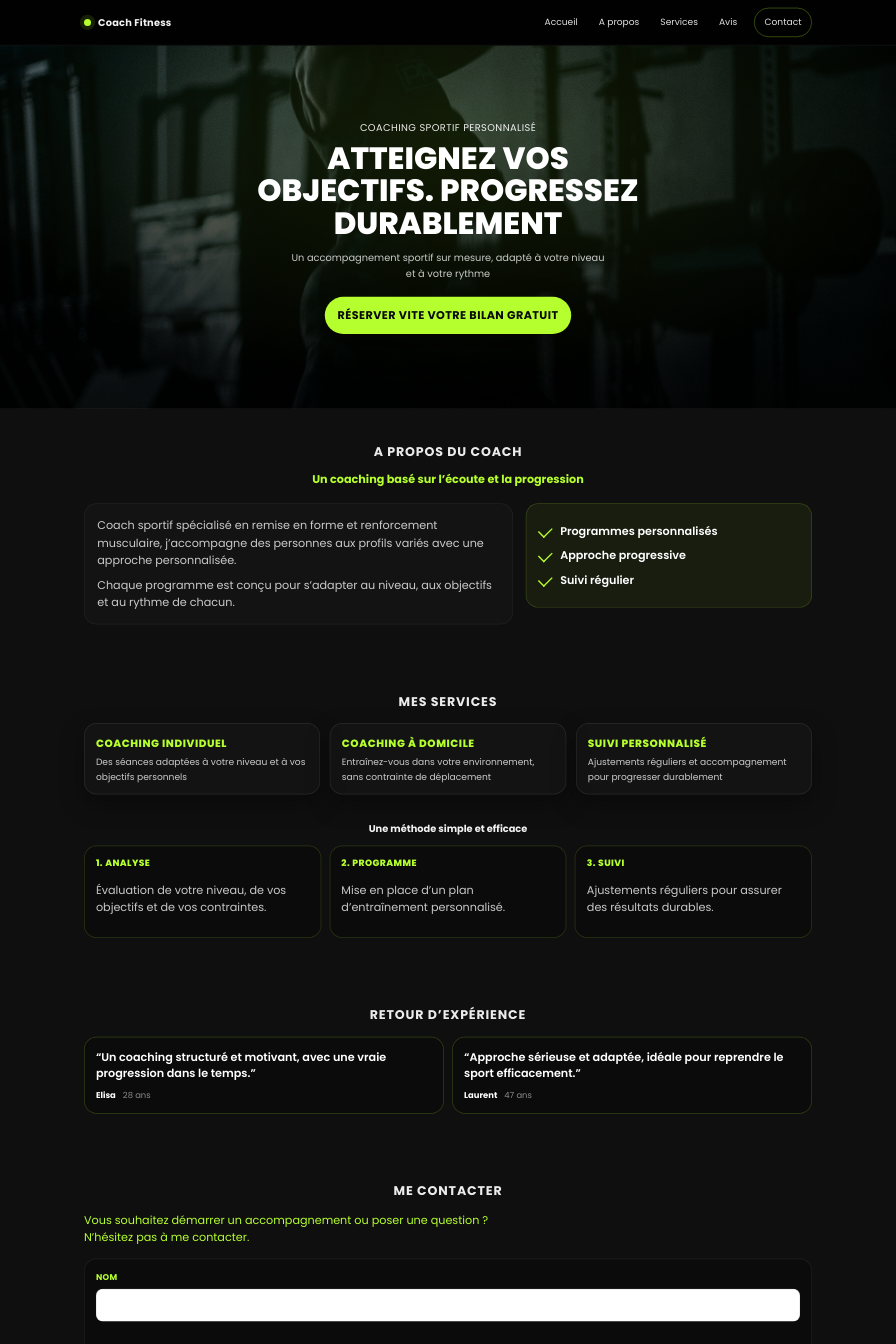
Repository: ThomasHdrd/CoachFitness
Page: index.html
These files come from the project's save history. The page is drawn as it stood at one moment and after the next save; the edit follows.
The browser window is 1280 px wide. The pictures show the part of the page from y = 0 to 1920 px (the page is 2987 px tall), at 70% of full size.

Above is the page before, as saved 2026-01-20 21:50:36.

### index.html
<!doctype html>
<html lang="fr">
<head>
  <meta charset="utf-8" />
  <meta name="viewport" content="width=device-width, initial-scale=1" />
  <title>Coach Fitness — Landing Page</title>

  <!-- Poppins -->
  <link rel="preconnect" href="https://fonts.googleapis.com">
  <link rel="preconnect" href="https://fonts.gstatic.com" crossorigin>
  <link href="https://fonts.googleapis.com/css2?family=Poppins:wght@300;400;500;600;700;800&display=swap" rel="stylesheet">

  <link rel="stylesheet" href="styles.css" />
</head>
<body>
  <!-- Header -->
  <header class="site-header" id="top">
    <div class="container header-inner">
      <a class="brand" href="#top" aria-label="Retour en haut">
        <span class="brand-dot" aria-hidden="true"></span>
        <span class="brand-text">Coach Fitness</span>
      </a>

      <button class="nav-toggle" aria-controls="site-nav" aria-expanded="false">
        <span class="sr-only">Ouvrir le menu</span>
        <span class="burger" aria-hidden="true"></span>
      </button>

      <nav class="site-nav" id="site-nav" aria-label="Navigation principale">
        <a class="nav-link" href="#accueil">Accueil</a>
        <a class="nav-link" href="#apropos">A propos</a>
        <a class="nav-link" href="#services">Services</a>
        <a class="nav-link" href="#avis">Avis</a>
        <a class="nav-link nav-cta" href="#contact">Contact</a>
      </nav>
    </div>
  </header>

  <main>
    <!-- HERO -->
    <section class="hero" id="accueil">
      <div class="hero-overlay" aria-hidden="true"></div>
      <div class="container hero-content">
        <p class="hero-kicker">Coaching sportif personnalisé</p>
        <h1 class="hero-title">
          Atteignez vos objectifs. Progressez durablement
        </h1>
        <p class="hero-subtitle">
          Un accompagnement sportif sur mesure, adapté à votre niveau et à votre rythme
        </p>
        <a class="btn btn-primary" href="#contact">RÉSERVER VITE VOTRE BILAN GRATUIT</a>
      </div>
    </section>

    <!-- A PROPOS -->
    <section class="section" id="apropos">
      <div class="container">
        <h2 class="section-title">A PROPOS DU COACH</h2>
        <h3 class="section-lead accent">Un coaching basé sur l’écoute et la progression</h3>

        <div class="about-grid">
          <div class="about-text">
            <p class="muted">
              Coach sportif spécialisé en remise en forme et renforcement musculaire, j’accompagne des personnes aux profils variés
              avec une approche personnalisée.
            </p>
            <p class="muted">
              Chaque programme est conçu pour s’adapter au niveau, aux objectifs et au rythme de chacun.
            </p>
          </div>

          <ul class="checks">
            <li>Programmes personnalisés</li>
            <li>Approche progressive</li>
            <li>Suivi régulier</li>
          </ul>
        </div>
      </div>
    </section>

    <!-- SERVICES -->
    <section class="section" id="services">
      <div class="container">
        <h2 class="section-title">MES SERVICES</h2>

        <div class="cards">
          <article class="card">
            <h3 class="card-title accent">COACHING INDIVIDUEL</h3>
            <p class="card-text">Des séances adaptées à votre niveau et à vos objectifs personnels</p>
          </article>

          <article class="card">
            <h3 class="card-title accent">COACHING À DOMICILE</h3>
            <p class="card-text">Entraînez-vous dans votre environnement, sans contrainte de déplacement</p>
          </article>

          <article class="card">
            <h3 class="card-title accent">SUIVI PERSONNALISÉ</h3>
            <p class="card-text">Ajustements réguliers et accompagnement pour progresser durablement</p>
          </article>
        </div>

        <div class="method">
          <h3 class="method-title">Une méthode simple et efficace</h3>

          <div class="method-steps">
            <div class="step">
              <div class="step-num accent">1. ANALYSE</div>
              <p class="muted">Évaluation de votre niveau, de vos objectifs et de vos contraintes.</p>
            </div>
            <div class="step">
              <div class="step-num accent">2. PROGRAMME</div>
              <p class="muted">Mise en place d’un plan d’entraînement personnalisé.</p>
            </div>
            <div class="step">
              <div class="step-num accent">3. SUIVI</div>
              <p class="muted">Ajustements réguliers pour assurer des résultats durables.</p>
            </div>
          </div>
        </div>
      </div>
    </section>

    <!-- AVIS -->
    <section class="section" id="avis">
      <div class="container">
        <h2 class="section-title">RETOUR D’EXPÉRIENCE</h2>

        <div class="testimonials">
          <figure class="testimonial">
            <blockquote>
              “Un coaching structuré et motivant, avec une vraie progression dans le temps.”
            </blockquote>
            <figcaption>
              <span class="name">Elisa</span>
              <span class="meta">28 ans</span>
            </figcaption>
          </figure>

          <figure class="testimonial">
            <blockquote>
              “Approche sérieuse et adaptée, idéale pour reprendre le sport efficacement.”
            </blockquote>
            <figcaption>
              <span class="name">Laurent</span>
              <span class="meta">47 ans</span>
            </figcaption>
          </figure>
        </div>
      </div>
    </section>

    <!-- CONTACT -->
    <section class="section" id="contact">
      <div class="container">
        <h2 class="section-title">ME CONTACTER</h2>
        <p class="contact-lead accent">
          Vous souhaitez démarrer un accompagnement ou poser une question ?<br />
          N’hésitez pas à me contacter.
        </p>

        <form class="form" id="contactForm" novalidate>
          <div class="field">
            <label for="nom">Nom</label>
            <input id="nom" name="nom" type="text" autocomplete="family-name" required />
            <small class="error" data-error-for="nom"></small>
          </div>

          <div class="field">
            <label for="prenom">Prénom</label>
            <input id="prenom" name="prenom" type="text" autocomplete="given-name" required />
            <small class="error" data-error-for="prenom"></small>
          </div>

          <div class="field">
            <label for="email">Email</label>
            <input id="email" name="email" type="email" autocomplete="email" required />
            <small class="error" data-error-for="email"></small>
          </div>

          <div class="field">
            <label for="message">Message</label>
            <textarea id="message" name="message" rows="5" required></textarea>
            <small class="error" data-error-for="message"></small>
          </div>

          <button class="btn btn-primary btn-wide" type="submit">ENVOYER</button>
          <p class="form-note muted" id="formStatus" role="status" aria-live="polite"></p>
        </form>
      </div>
    </section>

    <!-- FAQ -->
    <section class="section" id="faq">
      <div class="container">
        <h2 class="section-title">QUESTIONS FRÉQUENTES</h2>

        <div class="faq">
          <details class="faq-item" open>
            <summary>À qui s’adresse le coaching ?</summary>
            <div class="faq-body muted">
              Le coaching s’adresse à toute personne souhaitant reprendre le sport, améliorer sa condition physique ou atteindre un objectif précis
              (remise en forme, renforcement musculaire, perte de poids, bien-être). Les programmes sont adaptés au niveau, au rythme et aux contraintes de chacun.
            </div>
          </details>

          <details class="faq-item">
            <summary>Faut-il déjà être sportif pour commencer ?</summary>
            <div class="faq-body muted">
              Non. Le coaching s’adapte à votre niveau actuel. La progression est construite étape par étape, avec une intensité ajustée.
            </div>
          </details>

          <details class="faq-item">
            <summary>Comment se déroule le suivi ?</summary>
            <div class="faq-body muted">
              Après une analyse de votre situation, un programme personnalisé est mis en place puis ajusté régulièrement selon vos retours et votre progression.
            </div>
          </details>

          <details class="faq-item">
            <summary>Le coaching se fait-il à domicile ou en salle ?</summary>
            <div class="faq-body muted">
              Les deux sont possibles. Le format dépend de vos préférences, de votre matériel et de vos contraintes de planning.
            </div>
          </details>

          <details class="faq-item">
            <summary>Le premier échange est-il gratuit ?</summary>
            <div class="faq-body muted">
              Oui. Le premier échange permet de comprendre votre besoin et de déterminer l’accompagnement le plus adapté, sans engagement.
            </div>
          </details>
        </div>
      </div>
    </section>
  </main>

  <!-- Footer -->
  <footer class="site-footer">
    <div class="container footer-inner">
      <p class="footer-tag muted">Coaching personnalisé • Progression durable • Bien-être</p>
      <p class="footer-copy muted">© 2026 Coach Sportif Indépendant • Tous droits réservés.</p>
    </div>
  </footer>

  <script src="app.js" defer></script>
</body>
</html>

### styles.css
:root{
  --bg: #0F0F0F;            /* demandé */
  --bar: rgba(0,0,0,.90);   /* header/footer */
  --accent: #B6FF2E;        /* demandé */
  --text: #FFFFFF;
  --muted: rgba(255,255,255,.78);
  --muted2: rgba(255,255,255,.62);
  --line: rgba(182,255,46,.38);
  --card: rgba(255,255,255,.04);
  --shadow: 0 16px 40px rgba(0,0,0,.45);
  --radius: 14px;
  --radius-lg: 18px;
  --max: 1040px;
}

*{ box-sizing: border-box; }
html{ scroll-behavior: smooth; }
body{
  margin:0;
  font-family: "Poppins", system-ui, -apple-system, Segoe UI, Roboto, Arial, sans-serif;
  background: var(--bg);
  color: var(--text);
}

.container{
  width:min(100% - 40px, var(--max));
  margin-inline:auto;
}

.sr-only{
  position:absolute;
  width:1px;height:1px;
  padding:0;margin:-1px;
  overflow:hidden;clip:rect(0,0,0,0);
  white-space:nowrap;border:0;
}

/* Header */
.site-header{
  position: sticky;
  top: 0;
  z-index: 50;
  background: var(--bar);
  backdrop-filter: blur(8px);
  border-bottom: 1px solid rgba(255,255,255,.06);
}

.header-inner{
  height: 64px;
  display:flex;
  align-items:center;
  justify-content:space-between;
  gap: 14px;
}

.brand{
  display:flex;
  align-items:center;
  gap:10px;
  text-decoration:none;
  color: var(--text);
  font-weight: 700;
  letter-spacing:.3px;
}
.brand-dot{
  width:10px;height:10px;
  border-radius:999px;
  background: var(--accent);
  box-shadow: 0 0 0 6px rgba(182,255,46,.12);
}
.brand-text{ font-size: 14px; opacity:.95; }

.site-nav{
  display:flex;
  align-items:center;
  gap: 18px;
}
.nav-link{
  color: var(--text);
  text-decoration:none;
  font-size: 13px;
  opacity: .88;
  transition: opacity .2s ease, color .2s ease;
  padding: 10px 6px;
}
.nav-link:hover{ opacity:1; color: var(--accent); }

.nav-cta{
  border: 1px solid rgba(182,255,46,.45);
  border-radius: 999px;
  padding: 10px 14px;
}
.nav-cta:hover{
  background: rgba(182,255,46,.10);
}

/* Mobile nav */
.nav-toggle{
  display:none;
  border:0;
  background: transparent;
  color: var(--text);
  padding: 10px;
  border-radius: 10px;
}
.nav-toggle:hover{ background: rgba(255,255,255,.06); }
.burger{
  width: 22px; height: 2px;
  display:block;
  background: var(--text);
  position: relative;
}
.burger::before,.burger::after{
  content:"";
  position:absolute;
  left:0;
  width:22px;height:2px;
  background: var(--text);
}
.burger::before{ top:-7px; }
.burger::after{ top:7px; }

/* Hero */
.hero{
  position: relative;
  min-height: 72vh;
  display:flex;
  align-items:center;
  padding: 52px 0;
  background:
    linear-gradient(180deg, rgba(0,0,0,.55), rgba(0,0,0,.88)),
    url("assets/hero.jpg") center/cover no-repeat;
}
.hero-overlay{
  position:absolute;
  inset:0;
  background: radial-gradient(1200px 600px at 50% 25%, rgba(182,255,46,.10), transparent 60%);
  pointer-events:none;
}
.hero-content{
  position:relative;
  text-align:center;
}
.hero-kicker{
  margin:0 0 10px;
  font-size: 14px;
  letter-spacing: .6px;
  text-transform: uppercase;
  opacity: .92;
}
.hero-title{
  margin: 0 auto;
  max-width: 20ch;
  font-size: clamp(28px, 4vw, 44px);
  line-height: 1.06;
  font-weight: 800;
  text-transform: uppercase;
}
.hero-title .accent{
  display:block;
  color: var(--accent);
  font-weight: 800;
  text-transform:none;
  margin-top: 8px;
}
.hero-subtitle{
  margin: 16px auto 22px;
  max-width: 52ch;
  color: var(--muted);
  font-size: 14px;
  line-height: 1.55;
}

/* Buttons */
.btn{
  display:inline-flex;
  align-items:center;
  justify-content:center;
  gap:10px;
  text-decoration:none;
  border: 0;
  cursor:pointer;
  font-weight: 700;
  letter-spacing: .6px;
  text-transform: uppercase;
  border-radius: 999px;
  padding: 14px 18px;
  box-shadow: var(--shadow);
}
.btn-primary{
  background: var(--accent);
  color: #0A0A0A;
}
.btn-primary:hover{ filter: brightness(.95); }
.btn-wide{ width: 100%; margin-top: 10px; }

/* Sections */
.section{
  padding: 48px 0;
}
.section-title{
  text-align:center;
  margin: 0 0 14px;
  font-size: 18px;
  letter-spacing: 1.2px;
  text-transform: uppercase;
  opacity: .92;
}
.section-lead{
  text-align:center;
  margin: 0 0 22px;
  font-size: 16px;
  font-weight: 700;
}
.accent{ color: var(--accent); }
.muted{ color: var(--muted); }
.muted2{ color: var(--muted2); }

/* About */
.about-grid{
  display:grid;
  gap: 18px;
  align-items:start;
}
.about-text{
  background: rgba(255,255,255,.02);
  border: 1px solid rgba(255,255,255,.06);
  border-radius: var(--radius-lg);
  padding: 18px;
}
.about-text p{ margin: 0 0 10px; }
.about-text p:last-child{ margin-bottom: 0; }

.checks{
  list-style:none;
  margin:0;
  padding: 16px 18px;
  border-radius: var(--radius-lg);
  border: 1px solid rgba(182,255,46,.20);
  background: rgba(182,255,46,.06);
}
.checks li{
  position: relative;
  padding-left: 30px;
  margin: 10px 0;
  font-weight: 600;
}
.checks li::before{
  content:"";
  position:absolute;
  left:0; top: 6px;
  width: 16px; height: 10px;
  border-left: 2px solid var(--accent);
  border-bottom: 2px solid var(--accent);
  transform: rotate(-45deg);
}

/* Cards */
.cards{
  display:grid;
  gap: 14px;
  margin-top: 18px;
}
.card{
  background: rgba(255,255,255,.02);
  border: 1px solid rgba(255,255,255,.10);
  border-radius: var(--radius-lg);
  padding: 16px 16px 14px;
  box-shadow: 0 14px 34px rgba(0,0,0,.35);
}
.card-title{
  margin:0 0 6px;
  font-size: 15px;
  font-weight: 800;
  text-transform: uppercase;
  letter-spacing: .8px;
}
.card-text{
  margin:0;
  color: var(--muted);
  font-size: 13px;
  line-height: 1.55;
}

/* Method */
.method{
  margin-top: 26px;
  padding-top: 12px;
}
.method-title{
  text-align:center;
  margin: 0 0 14px;
  font-size: 14px;
  font-weight: 700;
  opacity: .95;
}
.method-steps{
  display:grid;
  gap: 12px;
}
.step{
  border: 1px solid rgba(182,255,46,.18);
  background: rgba(0,0,0,.25);
  border-radius: var(--radius-lg);
  padding: 14px 16px;
}
.step-num{
  font-weight: 800;
  letter-spacing: .6px;
  text-transform: uppercase;
  font-size: 13px;
  margin-bottom: 6px;
}

/* Testimonials */
.testimonials{
  display:grid;
  gap: 12px;
  margin-top: 18px;
}
.testimonial{
  margin:0;
  border: 1px solid rgba(182,255,46,.22);
  background: rgba(0,0,0,.25);
  border-radius: var(--radius-lg);
  padding: 16px;
}
.testimonial blockquote{
  margin:0 0 10px;
  color: var(--text);
  font-weight: 600;
  line-height: 1.5;
}
.testimonial figcaption{
  display:flex;
  gap: 10px;
  align-items:baseline;
  color: var(--muted2);
  font-size: 12px;
}
.testimonial .name{ color: var(--text); font-weight: 700; }
.testimonial .meta{ opacity:.85; }

/* Form */
.form{
  margin-top: 18px;
  border-radius: var(--radius-lg);
  border: 1px solid rgba(255,255,255,.08);
  background: rgba(0,0,0,.25);
  padding: 16px;
}
.field{ margin-bottom: 12px; }
label{
  display:block;
  font-size: 12px;
  font-weight: 700;
  letter-spacing: .4px;
  margin-bottom: 8px;
  color: var(--accent);
  text-transform: uppercase;
}
input, textarea{
  width:100%;
  font-family: inherit;
  font-size: 14px;
  color: #0A0A0A;
  background: #FFFFFF;
  border: 1px solid rgba(0,0,0,.12);
  border-radius: 10px;
  padding: 12px 12px;
  outline: none;
}
textarea{ resize: vertical; min-height: 110px; }
input:focus, textarea:focus{
  box-shadow: 0 0 0 4px rgba(182,255,46,.20);
  border-color: rgba(182,255,46,.55);
}
.error{
  display:block;
  min-height: 16px;
  margin-top: 6px;
  font-size: 12px;
  color: #FF6B6B;
}
.form-note{
  margin: 10px 0 0;
  font-size: 12px;
}

/* FAQ */
.faq{
  margin-top: 18px;
  border-radius: var(--radius-lg);
  overflow:hidden;
  border: 1px solid rgba(182,255,46,.16);
  background: rgba(0,0,0,.25);
}
.faq-item{
  border-top: 1px solid rgba(182,255,46,.12);
}
.faq-item:first-child{ border-top: 0; }
.faq-item summary{
  list-style:none;
  cursor:pointer;
  padding: 14px 16px;
  font-weight: 700;
  font-size: 13px;
  position: relative;
}
.faq-item summary::-webkit-details-marker{ display:none; }
.faq-item summary::after{
  content:"+";
  position:absolute;
  right: 16px;
  top: 10px;
  width: 28px; height: 28px;
  display:grid;
  place-items:center;
  border-radius: 999px;
  color: var(--accent);
  border: 1px solid rgba(182,255,46,.28);
  background: rgba(182,255,46,.08);
}
.faq-item[open] summary::after{ content:"–"; }
.faq-body{
  padding: 0 16px 16px;
  font-size: 13px;
  line-height: 1.6;
}

/* Footer */
.site-footer{
  background: var(--bar);
  border-top: 1px solid rgba(255,255,255,.06);
  padding: 18px 0;
}
.footer-inner{
  text-align:center;
  display:grid;
  gap: 8px;
}
.footer-tag, .footer-copy{
  margin:0;
  font-size: 12px;
}

/* Responsive */
@media (min-width: 820px){
  .hero-content{ text-align:center; }
  .about-grid{
    grid-template-columns: 1.2fr .8fr;
    gap: 18px;
  }
  .cards{
    grid-template-columns: repeat(3, 1fr);
  }
  .method-steps{
    grid-template-columns: repeat(3, 1fr);
  }
  .testimonials{
    grid-template-columns: repeat(2, 1fr);
  }
}

/* Mobile nav behavior */
@media (max-width: 760px){
  .nav-toggle{ display:inline-flex; }
  .site-nav{
    position: fixed;
    inset: 64px 12px auto 12px;
    background: rgba(0,0,0,.95);
    border: 1px solid rgba(255,255,255,.08);
    border-radius: 16px;
    padding: 12px;
    display:none;
    flex-direction: column;
    gap: 6px;
    box-shadow: 0 18px 50px rgba(0,0,0,.6);
  }
  .site-nav.is-open{ display:flex; }
  .nav-link{ width:100%; text-align:center; padding: 12px; }
  .nav-cta{ width:100%; }
}

Loaded but not shown: app.js (82 lines, source omitted)

After the next save:
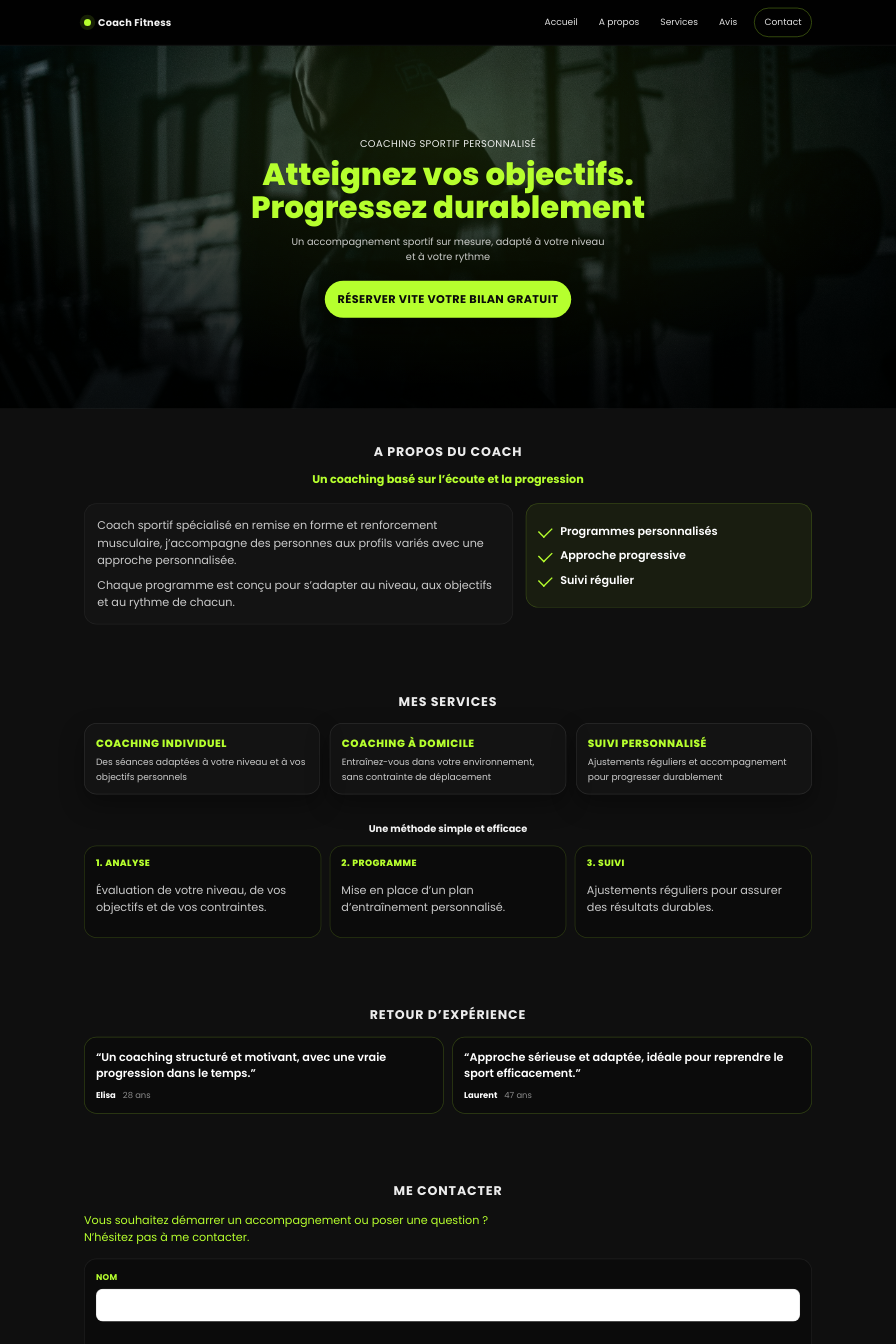
Saved 21 s later.
--- a/index.html
+++ b/index.html
@@ -43,7 +43,7 @@
       <div class="container hero-content">
         <p class="hero-kicker">Coaching sportif personnalisé</p>
         <h1 class="hero-title">
-          Atteignez vos objectifs. Progressez durablement
+          <span class="accent">Atteignez vos objectifs. Progressez durablement</span>
         </h1>
         <p class="hero-subtitle">
           Un accompagnement sportif sur mesure, adapté à votre niveau et à votre rythme

After the save that followed:
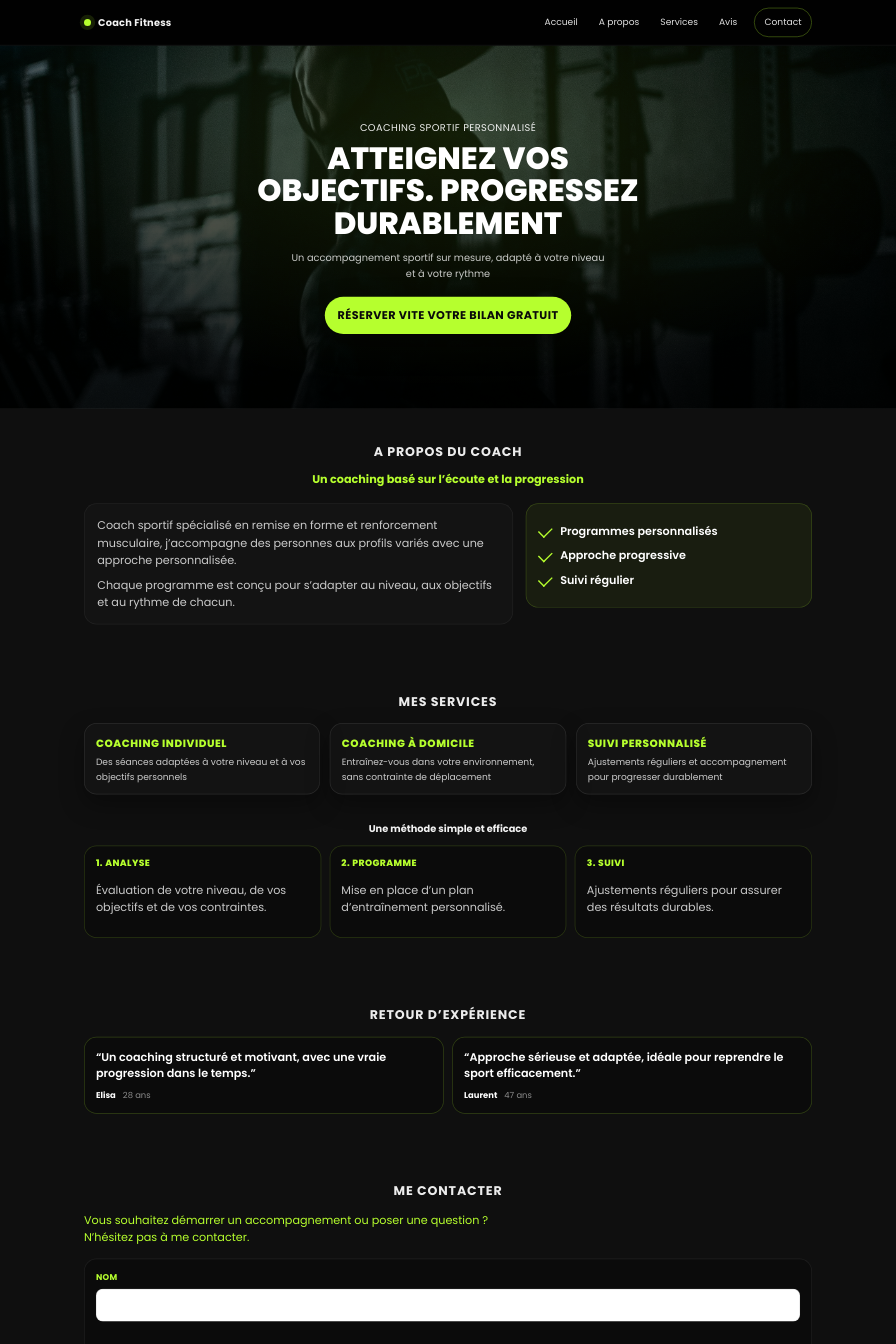
Saved 23 s later.
--- a/index.html
+++ b/index.html
@@ -42,9 +42,7 @@
       <div class="hero-overlay" aria-hidden="true"></div>
       <div class="container hero-content">
         <p class="hero-kicker">Coaching sportif personnalisé</p>
-        <h1 class="hero-title">
-          <span class="accent">Atteignez vos objectifs. Progressez durablement</span>
-        </h1>
+        <h1 class="hero-title" class="accent">Atteignez vos objectifs. Progressez durablement</h1>
         <p class="hero-subtitle">
           Un accompagnement sportif sur mesure, adapté à votre niveau et à votre rythme
         </p>
